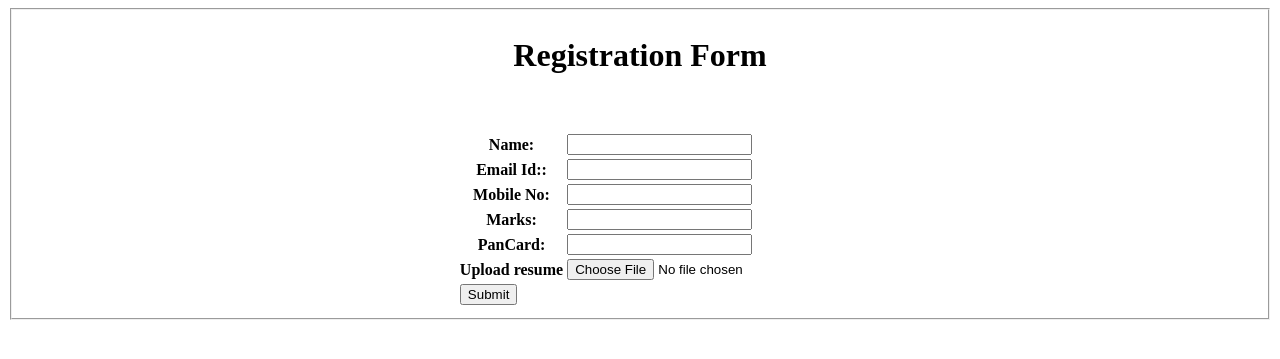
Repository: poojagupta18/Practice-Java
Page: http://localhost/MyOnlineInterviewProcess/RegistrationPortal.jsp
These files come from the project's save history. The page is drawn as it stood at one moment and after the next save; the edit follows.
The browser window is 1280 px wide. The pictures show the whole page.
The page is served by Tomcat 9.

Above is the page before, as saved 2019-12-04 11:51:23.

After the next save:
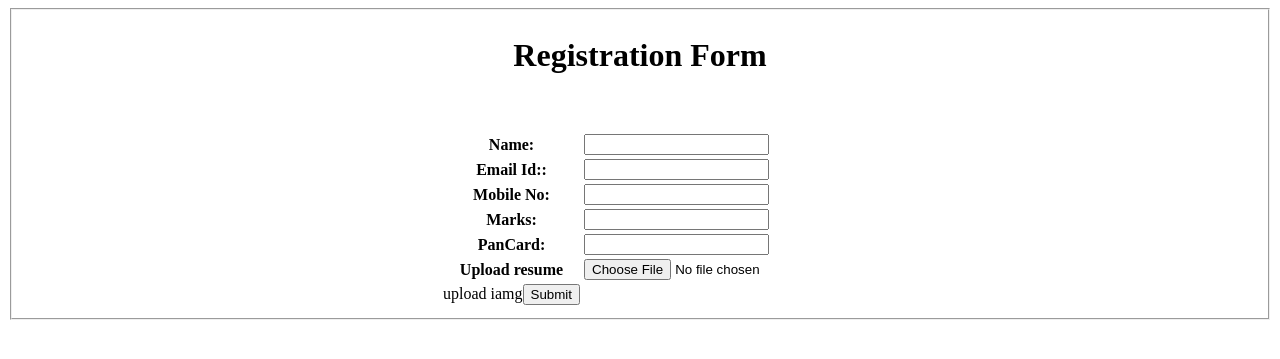
Saved 28 s later.
--- a/java Training/java/Online-Interview-Process/MyOnlineInterviewProcess/WebContent/RegistrationPortal.jsp
+++ b/java Training/java/Online-Interview-Process/MyOnlineInterviewProcess/WebContent/RegistrationPortal.jsp
@@ -39,7 +39,7 @@
 				<td><input type="file" name="file" /></td>
 
 			</tr>
-			<tr><td><input type="submit" value="Submit"></td></tr>
+			<tr><td>upload iamg<input type="submit" value="Submit"></td></tr>
 		</table>
 		</center>
 		</fieldset>

After the save that followed:
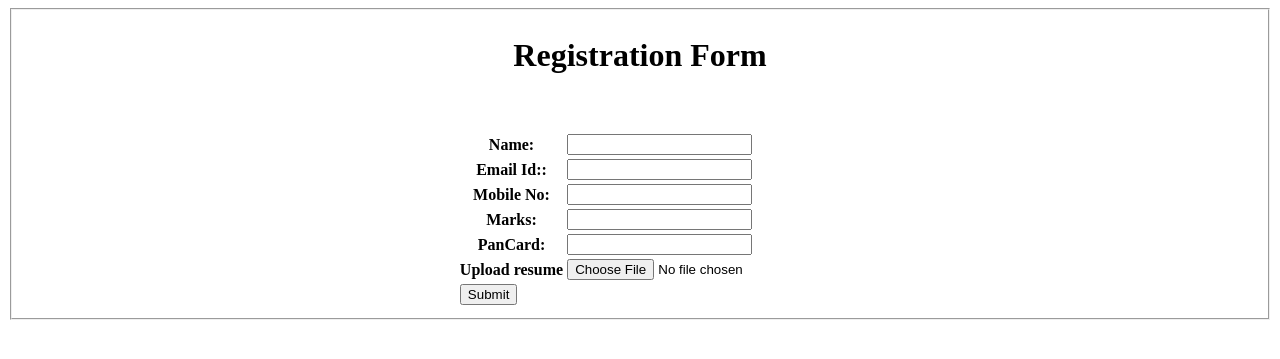
Saved 13 s later.
--- a/java Training/java/Online-Interview-Process/MyOnlineInterviewProcess/WebContent/RegistrationPortal.jsp
+++ b/java Training/java/Online-Interview-Process/MyOnlineInterviewProcess/WebContent/RegistrationPortal.jsp
@@ -39,7 +39,7 @@
 				<td><input type="file" name="file" /></td>
 
 			</tr>
-			<tr><td>upload iamg<input type="submit" value="Submit"></td></tr>
+			<tr><td><input type="submit" value="Submit"></td></tr>
 		</table>
 		</center>
 		</fieldset>
